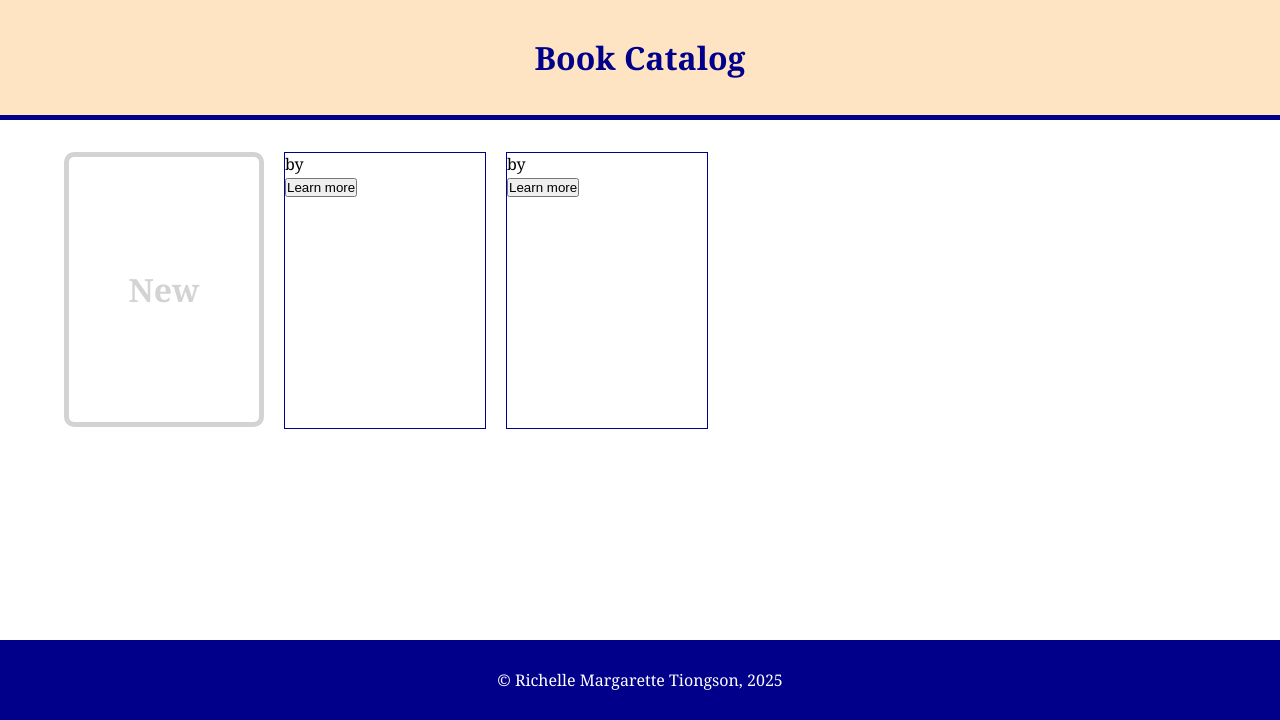
Repository: richelletiongson/comp3170_lab01
Page: /
The author's editor kept a copy of each file at every save. The page is drawn from the files as they stood at one save, then again after the next save.
The browser window is 1280 px wide. The pictures show the whole page.
The project was rebuilt for these pictures with package versions that can differ from the ones it lists, and the page was loaded fresh each time. Also part of the build but not shown: vite.config.js.

Above is the page before, as saved 2025-09-14 00:24:51.

### index.html
<!doctype html>
<html lang="en">
  <head>
    <meta charset="UTF-8" />
    <link rel="stylesheet" href="src/index.css"/>
    <meta name="viewport" content="width=device-width, initial-scale=1.0" />
    <title>Book Catalog</title>
  </head>
  <body>
    <div id="root"></div>
    <script type="module" src="/src/main.jsx"></script>
  </body>
</html>

### src/index.css
* {
  margin: 0;
  padding: 0;
}

body {
  font-family: 'Georgia', 'Times New Roman', serif;
  height: 100vh;
  display: flex;
  flex-direction: column;
}

.app {
  display: flex;
  flex-direction: column;
  min-height: 100vh;
}

.header {
  background-color: bisque;
  height: 115px;
  display: flex;
  align-items: center;
  justify-content: center;
  border-bottom: 5px solid darkblue;
}

.header-title {
  color: darkblue;
  font-size: 32px;
  font-weight: bold;
  text-align: center;
  margin: 0;
}

.book {
  border: solid 1px darkblue;
  height:275px;
  width:200px;
}

.new {
  border: solid 5px lightgray;
  border-radius: 10px;
  height:275px;
  width:200px;
  font-family: 'Georgia', 'Times New Roman', serif;
  background-color: #FFFFFF;
  color: lightgray;
  font-size: 32px;
  font-weight: bold;
}

.main-content {
  flex: 1;
  background-color: #FFFFFF;
  padding: 0 2rem;
}

.content {
  display: flex;
  flex-direction: row;
  justify-content:flex-start;
  padding: 2rem;
  gap: 20px;
}

.footer {
  background-color: darkblue;
  height: 80px;
  display: flex;
  align-items: center;
  justify-content: center;
}

.footer-text {
  color: #FFFFFF;
  font-size: 1rem;
  margin: 0;
  text-align: center;
}

### src/App.jsx

import './index.css'
import Book from './Book'

function App() {
  return (
    <div className="app">
      <header className="header">
        <h1 className="header-title">Book Catalog</h1>
      </header>

      <main className="main-content">
        <div className="content">
          <button className="new">New</button>
          <Book/>
          <Book/>
        </div>
      </main>

      <footer className="footer">
        <p className="footer-text">© Richelle Margarette Tiongson, 2025</p>
      </footer>
    </div>
  )
}

export default App

### src/Book.jsx
import './index.css'

function Book(props) {
    return (
        <div className="book">
            <image src={props.image}></image>
            <div>
                <p>by</p>
                <p>{props.author}</p>
            </div>
            <button>Learn more</button>
        </div>
    );
}

export default Book;

Loaded but not shown: src/main.jsx (common file)

After the next save:
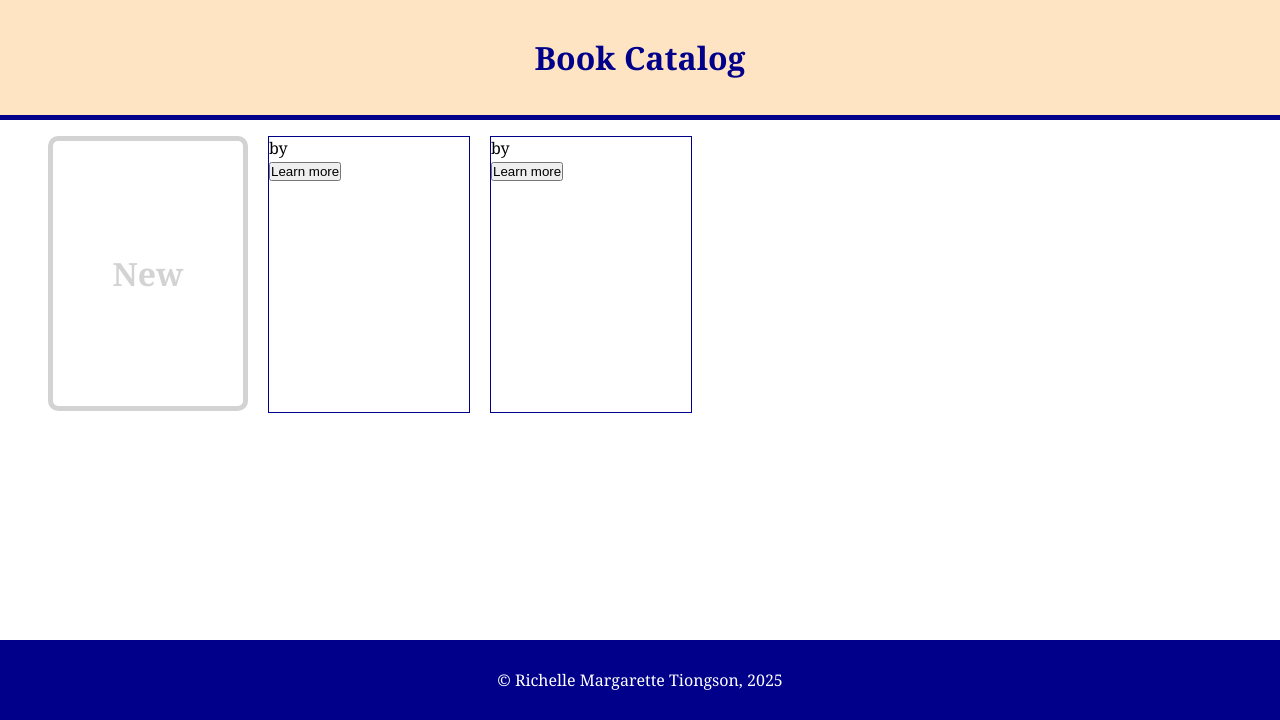
Saved 5 s later.
--- a/src/index.css
+++ b/src/index.css
@@ -61,7 +61,7 @@ body {
   display: flex;
   flex-direction: row;
   justify-content:flex-start;
-  padding: 2rem;
+  padding: 1rem;
   gap: 20px;
 }
 
